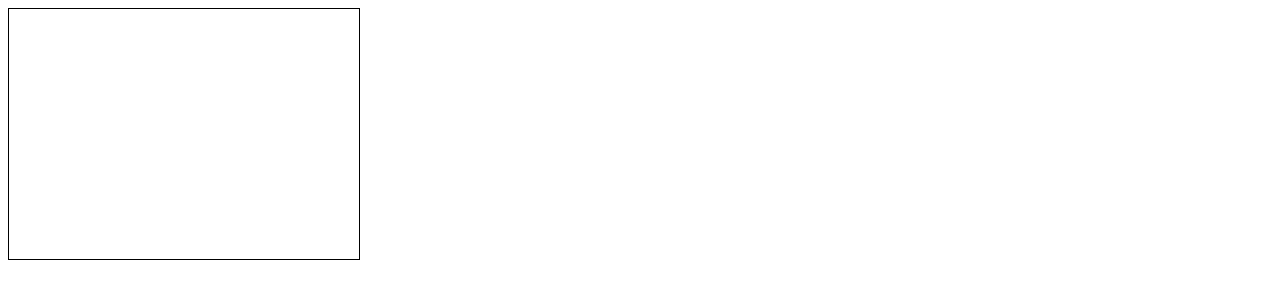
Repository: ducdatit2002/Data-Visualization-Coursera
Page: WEEK2/Demo/demo_adding_annotations.html
The author's editor kept a copy of each file at every save. The page is drawn from the files as they stood at one save, then again after the next save.
The browser window is 1280 px wide. The pictures show the whole page.

Above is the page before, as saved 2023-10-07 00:09:40.
Console error: ReferenceError: blue is not defined

### WEEK2/Demo/demo_adding_annotations.html
<html>
  <head></head>
  <body>
    <svg
      id="container"
      height="250"
      width="350"
      style="border: 1px solid black"
    >
      <g id="body" style="transform: translate(50px, 0px)"></g>
      <g id="yAxis"></g>
      <g id="xAxis"></g>
    </svg>
  </body>
  <script src="https://cdn.jsdelivr.net/npm/d3@7"></script>
  <script>
    let body = d3.select("#body");
    d3.csv("data.csv").then(showData);

    function showData(clients) {
      let max = d3.max(clients, (d) => d.Weight);
      let scale = d3.scaleLinear().range([0, 200]).domain([0, max]);

      let scalePosition = d3.scaleBand().range([0, 200]);
      scalePosition.padding(0.3);

      let join = body.selectAll("rect").data(clients);

      join
        .enter()
        .append("rect")
        .style("fill", blue)
        .style("stroke", white)
        .attr("width", d => scale(d.Weight))
        .attr("height", scalePosition.bandwidth())
        .attr("y", (d) => scalePosition(d.Name));
    }
  </script>
</html>

After the next save:
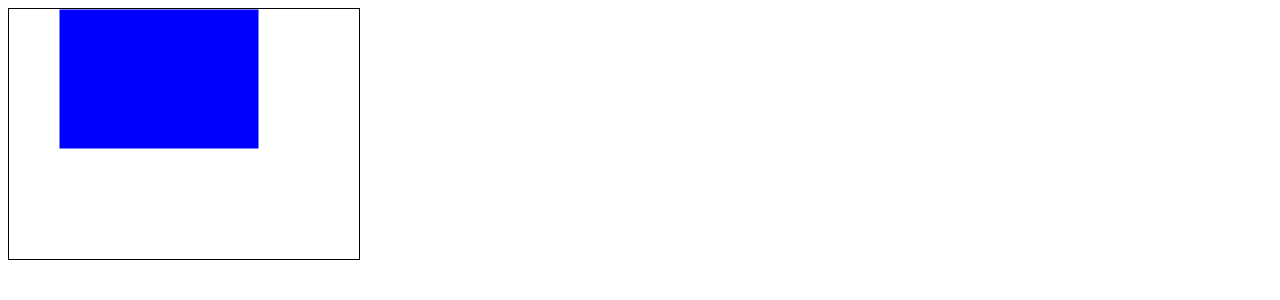
The error is gone.
Saved 59 s later.
--- a/WEEK2/Demo/demo_adding_annotations.html
+++ b/WEEK2/Demo/demo_adding_annotations.html
@@ -29,9 +29,9 @@
       join
         .enter()
         .append("rect")
-        .style("fill", blue)
-        .style("stroke", white)
-        .attr("width", d => scale(d.Weight))
+        .style("fill", "blue")
+        .style("stroke", "white")
+        .attr("width", (d) => scale(d.Weight))
         .attr("height", scalePosition.bandwidth())
         .attr("y", (d) => scalePosition(d.Name));
     }
